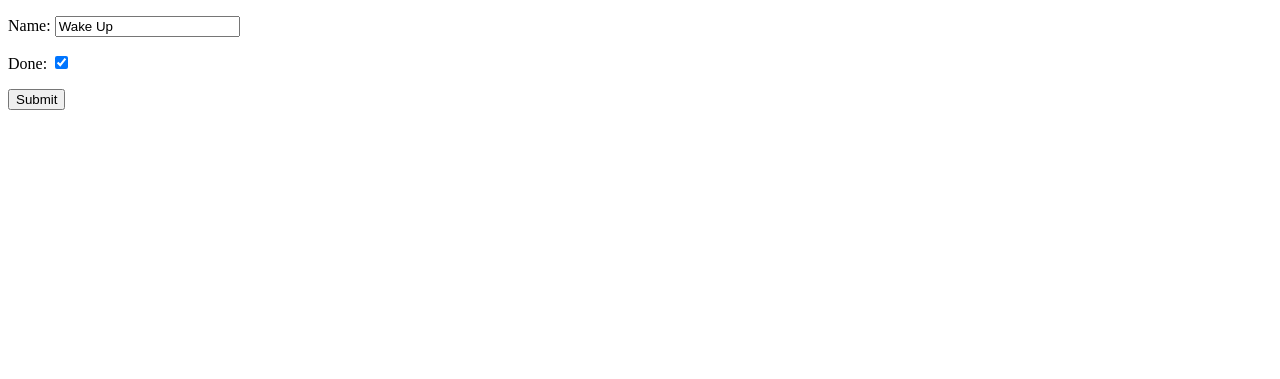
Repository: 99Ace/djangoLesson
Page: http://localhost/todos/edit/1
The author's editor kept a record of every edit. The page is drawn from the files as they stood at one moment, then again after the next edit.
The browser window is 1280 px wide. The pictures show the whole page.
The page is served by the project's application, run on Django 2.2 (manage.py). Other server files are loaded and not shown. The page reads the database file committed with the project.

Above is the page before.

### todos/views.py
from django.shortcuts import render, HttpResponse, redirect, get_object_or_404
from .models import Item
from .forms import ItemForm

# Create your views here.
def show_todos(request):
    results = Item.objects.all()
    return render(request, "todo.html", {
        'items':results
    })

# CREATE FUNCTION
def create_item(request):
  if request.method == "POST":
        form = ItemForm(request.POST, request.FILES)
        if form.is_valid():
            form.save()
            return redirect(show_todos)
  else:
     form = ItemForm()
     return render(request, "todo_form.html", {'form': form})

#create new function
def edit_item(request, id):
    item = get_object_or_404(Item, pk=id)

    if request.method == "POST":
        form = ItemForm(request.POST, instance=item)
        if form.is_valid():
            form.save()
            return redirect(show_todos)
    else:
        form = ItemForm(instance=item)
    return render(request, "todo_form.html", {'form': form})

### todos/templates/todo_form.html
<!DOCTYPE html>
<html lang="en">
<head>
    <meta charset="UTF-8">
    <meta name="viewport" content="width=device-width, initial-scale=1.0">
    <meta http-equiv="X-UA-Compatible" content="ie=edge">
    <title>Document</title>
</head>
<body>
    <form method='POST'>
        <!--prevent hacking-->
        {% csrf_token %}
        <!--default for form template to load-->
        {{ form.as_p }}
        <input type="submit"/>
    </form>
</body>
</html>

### todos/forms.py
from django import forms
from .models import Item


class ItemForm(forms.ModelForm):

    class Meta:
        model = Item
        fields = ('name', 'done')

#

### todos/models.py
from django.db import models

# Create your models here.
# declare a class named "Item"
class Item(models.Model):
    name = models.CharField(max_length=30, blank=False)
    done = models.BooleanField(blank=False, default=False)
    ongoing = models.BooleanField(blank=False, default=False)
    completed_at = models.DateField(blank=True, null=True, default=None)
    category = models.ForeignKey('Category', on_delete=models.CASCADE)
    tags = models.ManyToManyField('Tag')
    assign = models.ForeignKey('Arrow', on_delete=models.CASCADE)

    def __str__(self):
        return self.name

class Category(models.Model):
    name = models.CharField(max_length=255, blank=False)
    def __str__(self):
        return self.name

class Tag(models.Model):
    name = models.CharField(max_length=50, blank=False)
    def __str__(self):
        return self.name

class Arrow(models.Model):
    name = models.CharField(max_length=255, blank=False)
    def __str__(self):
        return self.name

### todo_project/urls.py
"""todo_project URL Configuration

The `urlpatterns` list routes URLs to views. For more information please see:
    https://docs.djangoproject.com/en/2.2/topics/http/urls/
Examples:
Function views
    1. Add an import:  from my_app import views
    2. Add a URL to urlpatterns:  path('', views.home, name='home')
Class-based views
    1. Add an import:  from other_app.views import Home
    2. Add a URL to urlpatterns:  path('', Home.as_view(), name='home')
Including another URLconf
    1. Import the include() function: from django.urls import include, path
    2. Add a URL to urlpatterns:  path('blog/', include('blog.urls'))
"""
from django.contrib import admin
from django.urls import path
from todos.views import show_todos, create_item, edit_item  #<-- add function name here


urlpatterns = [
    path('admin/', admin.site.urls),
    path('todos/',show_todos),
    path('todos/create', create_item),
    path('todos/edit/<id>', edit_item)
    # path('todos/delete'<--route , function name)
]

### db.sqlite3 (the tables this page reads, as SQL)
CREATE TABLE "todos_item" ("id" integer NOT NULL PRIMARY KEY AUTOINCREMENT, "name" varchar(30) NOT NULL, "done" bool NOT NULL, "completed_at" date NULL, "ongoing" bool NOT NULL, "category_id" integer NOT NULL REFERENCES "todos_category" ("id") DEFERRABLE INITIALLY DEFERRED, "assign_id" integer NOT NULL REFERENCES "todos_arrow" ("id") DEFERRABLE INITIALLY DEFERRED);
INSERT INTO "todos_item" VALUES
(1, 'Wake Up', 1, NULL, 0, 1, 3),
(2, 'Sleep at 10pm', 0, NULL, 0, 1, 3);

After the next edit:
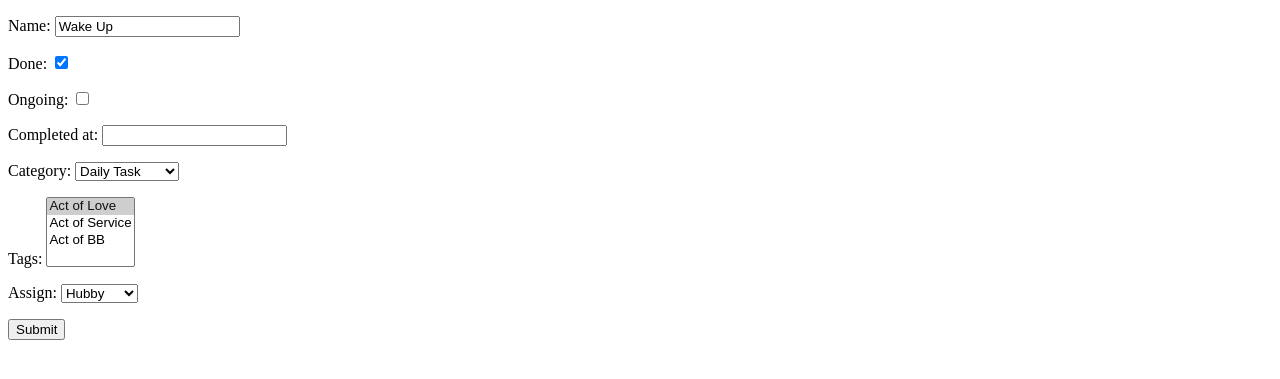
The edit:
--- a/todos/forms.py
+++ b/todos/forms.py
@@ -6,6 +6,6 @@
 
     class Meta:
         model = Item
-        fields = ('name', 'done')
+        fields = ('name', 'done', 'ongoing','completed_at', 'category', 'tags', 'assign')
 
 #
